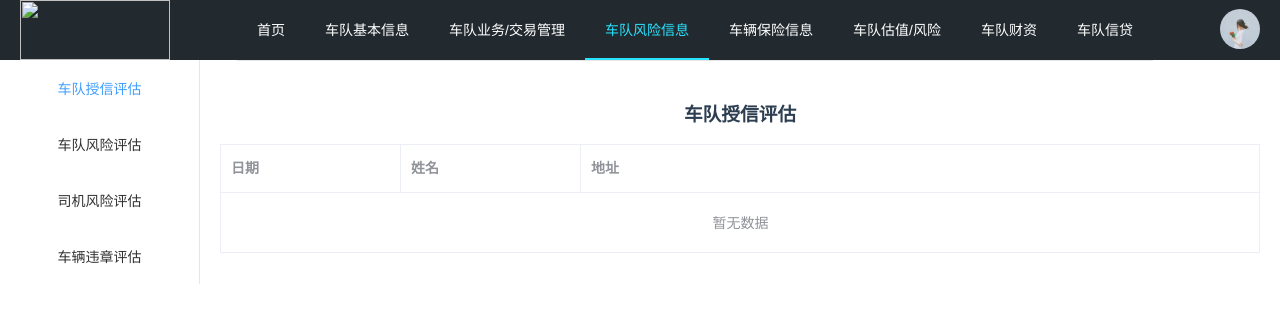
Repository: TheWomanLiketheWind/woodpecker
Page: /
These files come from the project's save history. The page is drawn as it stood at one moment and after the next save; the edit follows.
The browser window is 1280 px wide. The pictures show the whole page.
The project was rebuilt for these pictures with package versions that can differ from the ones it lists, and the page was loaded fresh each time. Also part of the build but not shown: src/views/menuThird.vue.

Above is the page before, as saved 2019-07-25 17:52:10.

### public/index.html
<!DOCTYPE html>
<html lang="en">
  <head>
    <meta charset="utf-8">
    <meta http-equiv="X-UA-Compatible" content="IE=edge">
    <meta name="viewport" content="width=device-width,initial-scale=1.0">
    <link rel="icon" href="<%= BASE_URL %>favicon.ico">
    <title>woodpecker</title>
  </head>
  <body>
    <noscript>
      <strong>We're sorry but woodpecker doesn't work properly without JavaScript enabled. Please enable it to continue.</strong>
    </noscript>
    <div id="app"></div>
    <!-- built files will be auto injected -->
  </body>
</html>

### src/App.vue
<template>
  <div id="app">
    <router-view />
  </div>
</template>

<style lang="scss">
#app {
  font-family: "Avenir", Helvetica, Arial, sans-serif;
  -webkit-font-smoothing: antialiased;
  -moz-osx-font-smoothing: grayscale;
  text-align: center;
  color: #2c3e50;
  .el-header {
    display: flex;
    justify-content: space-between;
    align-items: center;
  }
}
#nav {
  padding: 30px;
  a {
    font-weight: bold;
    color: #2c3e50;
    &.router-link-exact-active {
      color: #42b983;
    }
  }
}
body {
  margin: 0;
}
</style>

### src/router.ts
import Vue from 'vue'
import Router from 'vue-router'
import Home from './views/Home.vue'
Vue.use(Router)

export default new Router({
  mode: 'history',
  base: process.env.BASE_URL,
  routes: [
    {
      path: '/',
      name: 'home',
      component: Home,
      children: [
        {
          path: '/',
          name: 'menuSecond',
          children: [
            {
              path: '/',
              name: 'menuThird',
              component: () =>
                import(/* webpackChunkName: "about" */ './views/menuThird.vue')
            }
          ],
          component: () =>
            import(/* webpackChunkName: "about" */ './views/menuSecond.vue')
        }
      ]
    }
  ]
})

### src/views/Home.vue
<template>
  <el-container>
    <el-header class="headerAll">
      <img src=""
           class="headImage">
      <el-menu :default-active="activeIndex"
               class="el-menu-demo"
               mode="horizontal"
               background-color="#222a30"
               text-color="#fff"
               active-text-color="#29e2fe"
               @select="handleSelect">
        <el-menu-item v-for="(item, index) in menuList"
                      :key="index"
                      :index="item.index"
                      v-on:listenToChildEvent="menuClick">{{item.name}}</el-menu-item>
      </el-menu>

      <el-dropdown>
        <img src="../assets/headImage.jpg"
             class="drophead" />
        <el-dropdown-menu slot="dropdown">
          <el-dropdown-item>个人信息</el-dropdown-item>
          <el-dropdown-item>退出</el-dropdown-item>
        </el-dropdown-menu>
      </el-dropdown>
    </el-header>
    <!-- <router-link to="/menuSecond">点击跳转</router-link> -->
    <router-view />
  </el-container>
</template>

<script lang="ts">
import { Component, Vue } from "vue-property-decorator";

@Component({
  components: {}
})
export default class Home extends Vue {
  data() {
    return {
      activeIndex: "4",
      menuList: [
        {
          name: "首页",
          index: "1",
          link: ""
        },
        {
          name: "车队基本信息",
          index: "2",
          link: ""
        },
        {
          name: "车队业务/交易管理",
          index: "3",
          link: ""
        },
        {
          name: "车队风险信息",
          index: "4",
          link: ""
        },
        {
          name: "车辆保险信息",
          index: "5",
          link: ""
        },
        {
          name: "车队估值/风险",
          index: "6",
          link: ""
        },
        {
          name: "车队财资",
          index: "7",
          link: ""
        },
        {
          name: "车队信贷",
          index: "8",
          link: ""
        }
      ]
    };
  }

  private handleSelect(key: any, keyPath: any) {
    console.log(key, keyPath);
  }

  menuClick(data: any) {
    this.$router.push(data);
  }
}
</script>

<style lang="scss">
.headerAll {
  background: #222a30;
  .headImage {
    width: 150px;
    height: 100%;
    border: 0;
  }
  .drophead {
    width: 40px;
    height: 40px;
    border-radius: 50%;
  }
}
</style>

### src/views/menuSecond.vue
<template>
  <el-container>
    <el-aside width="200px">
      <el-menu :default-active="defaultActive"
               class="el-menu-vertical-demo"
               @select="handleSelect">
        <el-menu-item v-for="(item, index) in filesList.navigeList"
                      :key="index"
                      :index="item.index">
          <span slot="title">{{item.name}}</span>
        </el-menu-item>
      </el-menu>
    </el-aside>
    <el-main>
      <h3>{{filesList.navigeList[this.selectIndex].name}}</h3>
      <el-table :data="filesList.navigeList[this.selectIndex].tableData"
                border
                style="width: 100%">
        <el-table-column prop="date"
                         label="日期"
                         width="180">
        </el-table-column>
        <el-table-column prop="name"
                         label="姓名"
                         width="180">
        </el-table-column>
        <el-table-column prop="address"
                         label="地址">
        </el-table-column>
      </el-table>
    </el-main>

  </el-container>

</template>

<script lang="ts">
import Vue from "vue";
import files from "../jsonFile";

export default Vue.extend({
  data() {
    return {
      filesList: files,
      selectIndex: 0,
      defaultActive: "1"
    };
  },
  methods: {
    handleSelect(key: String) {
      this.selectIndex = Number(key) - 1;
    }
  }
});
</script>


<style>
</style>

### src/jsonFile.ts
const fileObject = {
  navigeList: [
    {
      name: '车队授信评估',
      index: '1'
    },
    {
      name: '车队风险评估',
      index: '2'
    },
    {
      name: '司机风险评估',
      index: '3',
      tableData: [
        {
          date: '2016-05-02',
          name: '王小虎',
          address: '上海市普陀区金沙江路 1518 弄'
        },
        {
          date: '2016-05-04',
          name: '王小虎',
          address: '上海市普陀区金沙江路 1517 弄'
        },
        {
          date: '2016-05-01',
          name: '王小虎',
          address: '上海市普陀区金沙江路 1519 弄'
        },
        {
          date: '2016-05-03',
          name: '王小虎',
          address: '上海市普陀区金沙江路 1516 弄'
        }
      ]
    },
    {
      name: '车辆违章评估',
      index: '4'
    }
  ]
}

export default fileObject

Loaded but not shown: src/main.ts (common file); src/store.ts (common file)

After the next save:
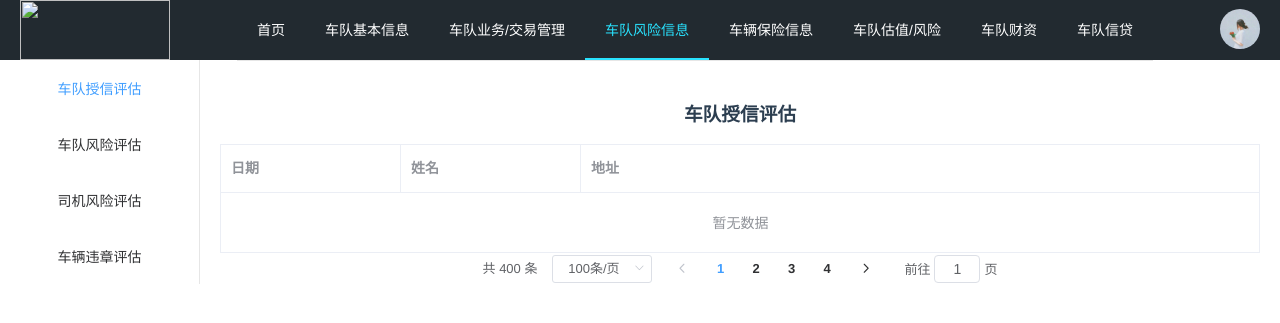
Saved 105 s later.
--- a/src/views/menuSecond.vue
+++ b/src/views/menuSecond.vue
@@ -28,6 +28,14 @@
                          label="地址">
         </el-table-column>
       </el-table>
+      <el-pagination @size-change="handleSizeChange"
+                     @current-change="handleCurrentChange"
+                     :current-page="currentPage4"
+                     :page-sizes="[100, 200, 300, 400]"
+                     :page-size="100"
+                     layout="total, sizes, prev, pager, next, jumper"
+                     :total="400">
+      </el-pagination>
     </el-main>
 
   </el-container>
